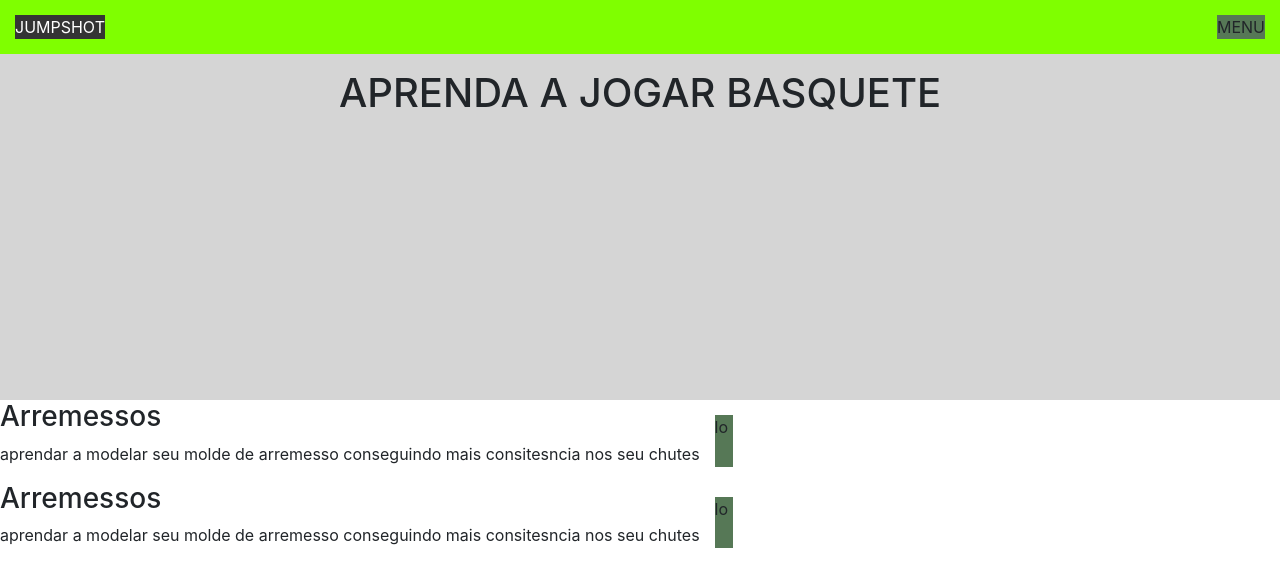
Repository: luisbisp/Jumpshot
Page: index.htm
An editor plug-in stored every save of this project. The page is shown before and after the next save, followed by the edit.
The browser window is 1280 px wide. The pictures show the whole page.

Above is the page before, as saved 2021-07-07 12:43:31.
Not found: images/banner.jpg

### index.htm
<!DOCTYPE html>
<html lang="en">

<head>
    <meta charset="UTF-8">
    <meta http-equiv="X-UA-Compatible" content="IE=edge">
    <meta name="viewport" content="width=device-width, initial-scale=1.0">
    <link rel="stylesheet" href="https://maxcdn.bootstrapcdn.com/bootstrap/4.0.0/css/bootstrap.min.css" integrity="sha384-Gn5384xqQ1aoWXA+058RXPxPg6fy4IWvTNh0E263XmFcJlSAwiGgFAW/dAiS6JXm" crossorigin="anonymous">
    <link rel="stylesheet" href="./styles/styles.css">
    <title>jumpshot</title>
</head>

<body>
    <div >  <!-- div com todo conteudo da pagina -->


        <header> <!-- div com conteudo do cabeçalho -->
            <div class="div-header">
                <div class="logo">JUMPSHOT</div>
                <div class="menu">
                    MENU
                </div>
            </div>
            <div class="div-title">
                <h1> APRENDA A JOGAR BASQUETE</h1>
                <img src="./images/banner.jpg" class="img-fluid" alt="">
            </div>
        </header>

         <!-- divs com o conteudo da pagina -->
        <div class="content">
            <div class="words">
                <h3>Arremessos</h3>
                <p>aprendar a modelar seu molde de arremesso conseguindo mais consitesncia nos seu chutes</p>
            </div>
            <div class="div-image">
                lo
                <img src="" alt="">
            </div>
        </div>

        <div class="content">
            <div class="words">
                <h3>Arremessos</h3>
                <p>aprendar a modelar seu molde de arremesso conseguindo mais consitesncia nos seu chutes</p>
            </div>
            <div class="div-image">
                lo
                <img src="" alt="">
            </div>
        </div>

    </div>
</body>

</html>

### styles/styles.css
*{
    margin: 0;
    padding: 0;
}
.custom-container{
    margin: 0;
}
 header {
     background-color: #d5d5d5;
     height: 400px;
 }
 .div-header{
       background-color: chartreuse;
       display: flex;
       justify-content: space-between;
}

.logo{
    color: #fff;
    background-color: #343434;
    margin: 15px;
}

.menu{
    background-color: #567856;
    margin: 15px;
}

.div-title{
    display: flex;
    justify-content: center;
    margin: 15px;
}

.content{
    display: flex;

}

.div-image{
    background-color: #567856;
    margin: 15px;
}

After the next save:
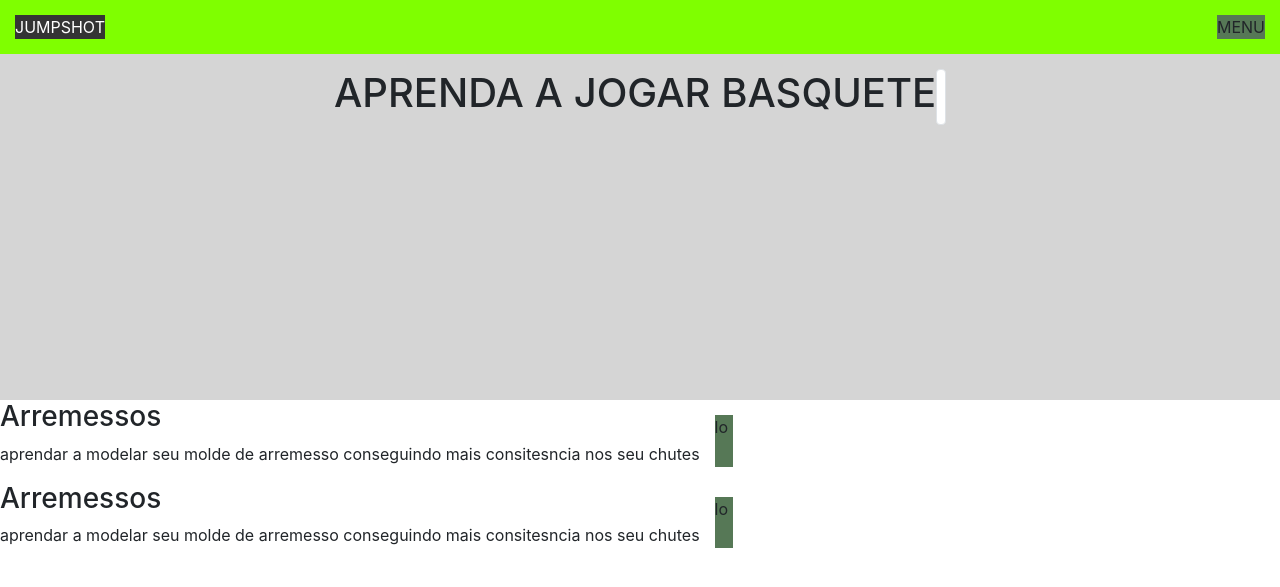
Saved 32 s later.
--- a/index.htm
+++ b/index.htm
@@ -23,7 +23,7 @@
             </div>
             <div class="div-title">
                 <h1> APRENDA A JOGAR BASQUETE</h1>
-                <img src="./images/banner.jpg" class="img-fluid" alt="">
+                <img src="./images/banner.jpg" class="img-thumbnail" alt="">
             </div>
         </header>
 

After the 2 saves that followed:
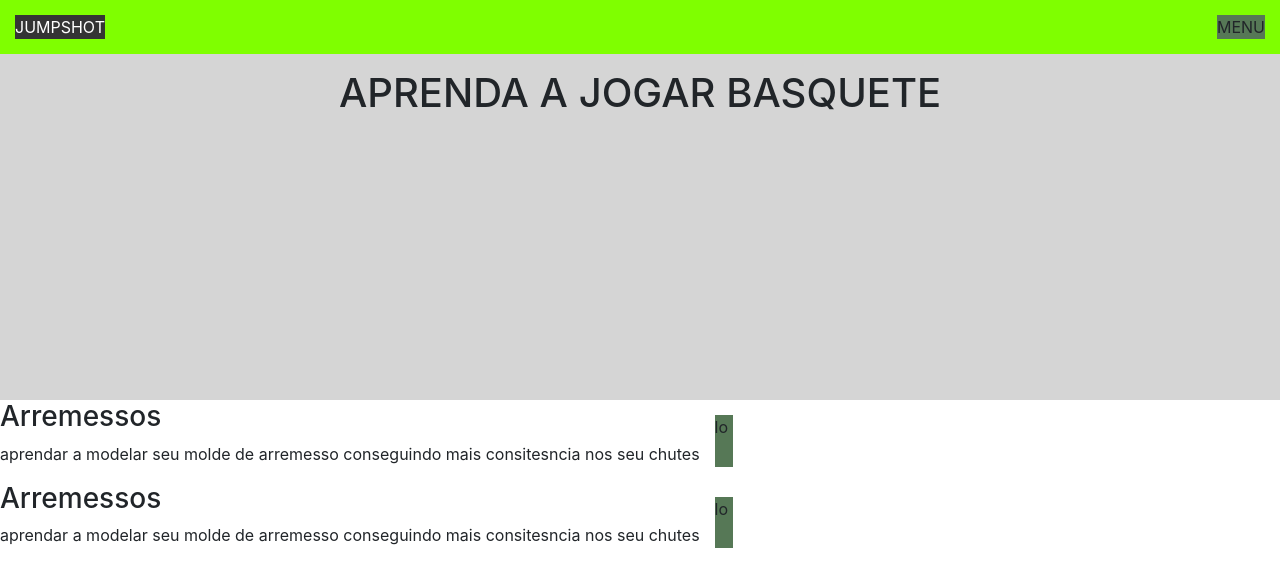
The 2 saves are shown as one change because 1 left the picture as it was.
The last was saved 3 min 9 s later.
--- a/index.htm
+++ b/index.htm
@@ -23,7 +23,7 @@
             </div>
             <div class="div-title">
                 <h1> APRENDA A JOGAR BASQUETE</h1>
-                <img src="./images/banner.jpg" class="img-thumbnail" alt="">
+                <img src=""  alt="">
             </div>
         </header>
 
